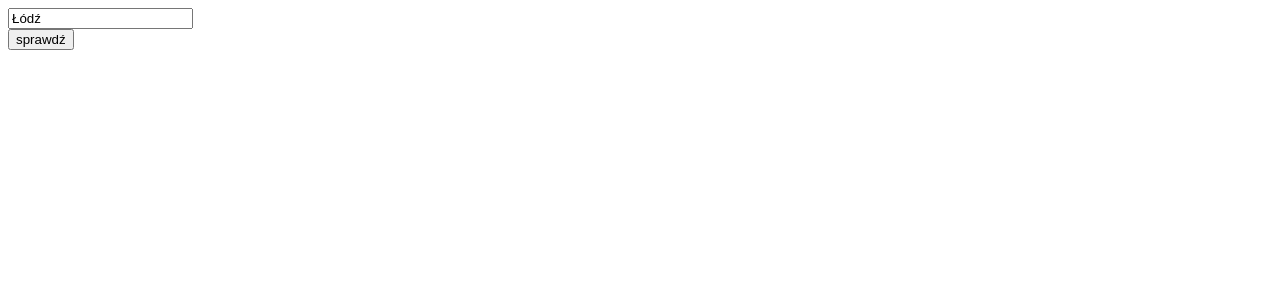
Repository: Vityoube/WEEiA_PROJEKTY
Page: http://localhost/Web01/start.jsp
An editor plug-in stored every save of this project. The page is shown before and after the next save, followed by the edit.
The browser window is 1280 px wide. The pictures show the whole page.
The page is served by Tomcat 9.

Above is the page before, as saved 2016-12-06 20:28:18.

After the next save:
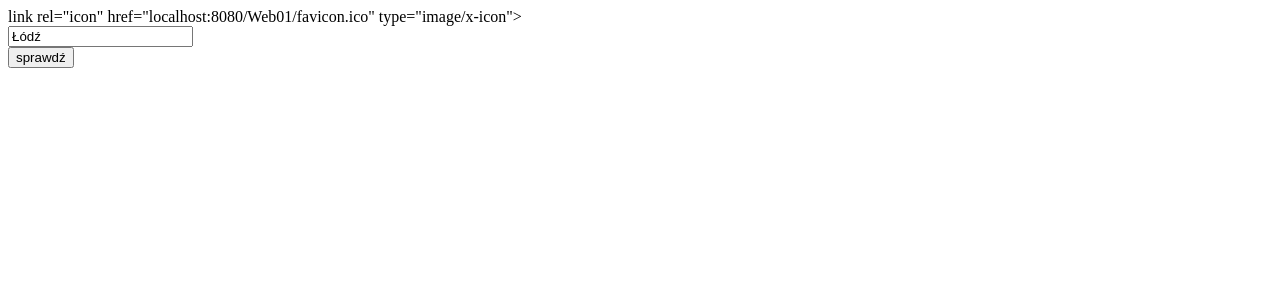
Saved 49 s later.
--- a/Semestr2_2stopien/Projektowanie_systemow_informatycznych/Web01/WebContent/start.jsp
+++ b/Semestr2_2stopien/Projektowanie_systemow_informatycznych/Web01/WebContent/start.jsp
@@ -3,6 +3,7 @@
 <!DOCTYPE html PUBLIC "-//W3C//DTD HTML 4.01 Transitional//EN" "http://www.w3.org/TR/html4/loose.dtd">
 <html>
 <head>
+link rel="icon" href="localhost:8080/Web01/favicon.ico" type="image/x-icon">
 <link rel="shortcut icon" href="localhost:8080/Web01/favicon.ico" type="image/x-icon"/>
 <meta http-equiv="Content-Type" content="text/html; charset=UTF-8">
 <title>Insert title here</title>

After the save that followed:
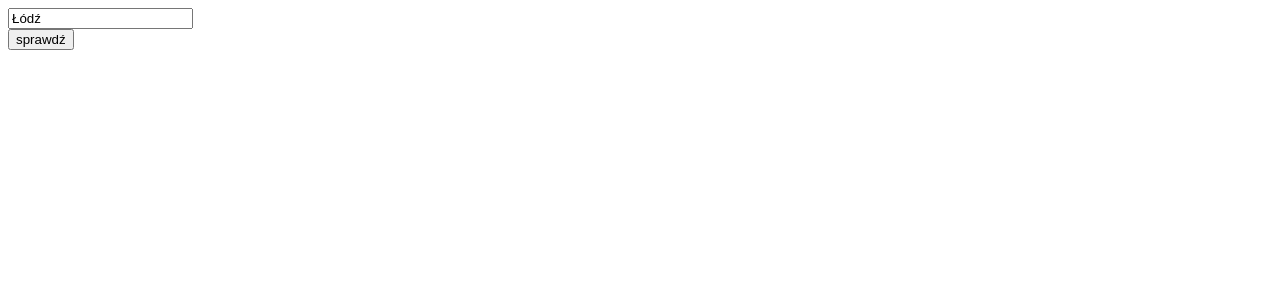
Saved 9 s later.
--- a/Semestr2_2stopien/Projektowanie_systemow_informatycznych/Web01/WebContent/start.jsp
+++ b/Semestr2_2stopien/Projektowanie_systemow_informatycznych/Web01/WebContent/start.jsp
@@ -3,7 +3,7 @@
 <!DOCTYPE html PUBLIC "-//W3C//DTD HTML 4.01 Transitional//EN" "http://www.w3.org/TR/html4/loose.dtd">
 <html>
 <head>
-link rel="icon" href="localhost:8080/Web01/favicon.ico" type="image/x-icon">
+<link rel="icon" href="localhost:8080/Web01/favicon.ico" type="image/x-icon">
 <link rel="shortcut icon" href="localhost:8080/Web01/favicon.ico" type="image/x-icon"/>
 <meta http-equiv="Content-Type" content="text/html; charset=UTF-8">
 <title>Insert title here</title>
